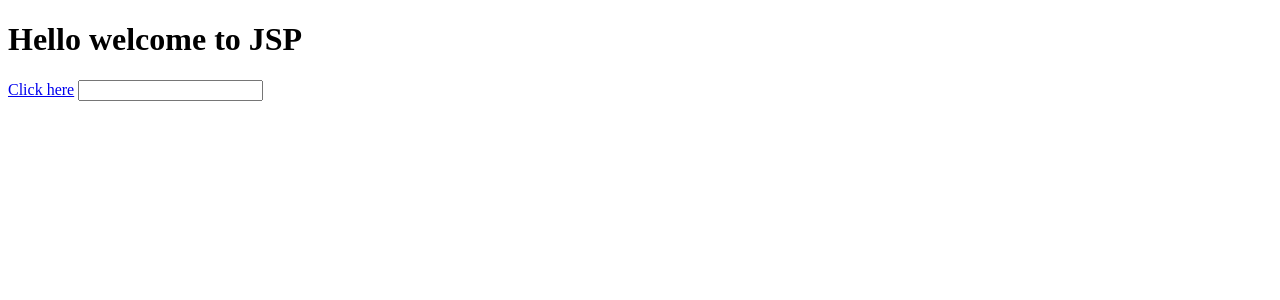
Repository: gauravrathod802/Java-Servlet
Page: http://localhost/MyFirstProject/
An editor plug-in stored every save of this project. The page is shown before and after a run of saves, followed by the edit.
The browser window is 1280 px wide. The pictures show the whole page.
The page is served by Tomcat 9. Other server files are loaded and not shown.

Above is the page before, as saved 2024-01-07 13:47:46.

### MyFirstProject/WebContent/index.jsp
<%@ page language="java" contentType="text/html; charset=ISO-8859-1"
    pageEncoding="ISO-8859-1"%>
<!DOCTYPE html>
<html>
<head>
<meta charset="ISO-8859-1">
<title>Java Servlet</title>
</head>
<body>
<h1>Hello welcome to JSP</h1>
<a href="MyServlet" >Click here</a>

<input type="text">

</body>
</html>

After the next 4 saves:
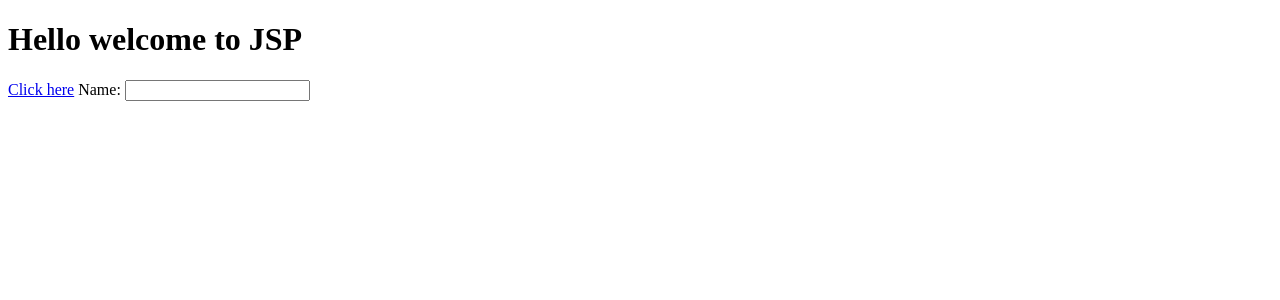
The 4 saves are shown as one change because they came seconds apart.
The last was saved 13 s later.
--- a/MyFirstProject/WebContent/index.jsp
+++ b/MyFirstProject/WebContent/index.jsp
@@ -9,7 +9,7 @@
 <body>
 <h1>Hello welcome to JSP</h1>
 <a href="MyServlet" >Click here</a>
-
+<label>Name:</label>
 <input type="text">
 
 </body>
